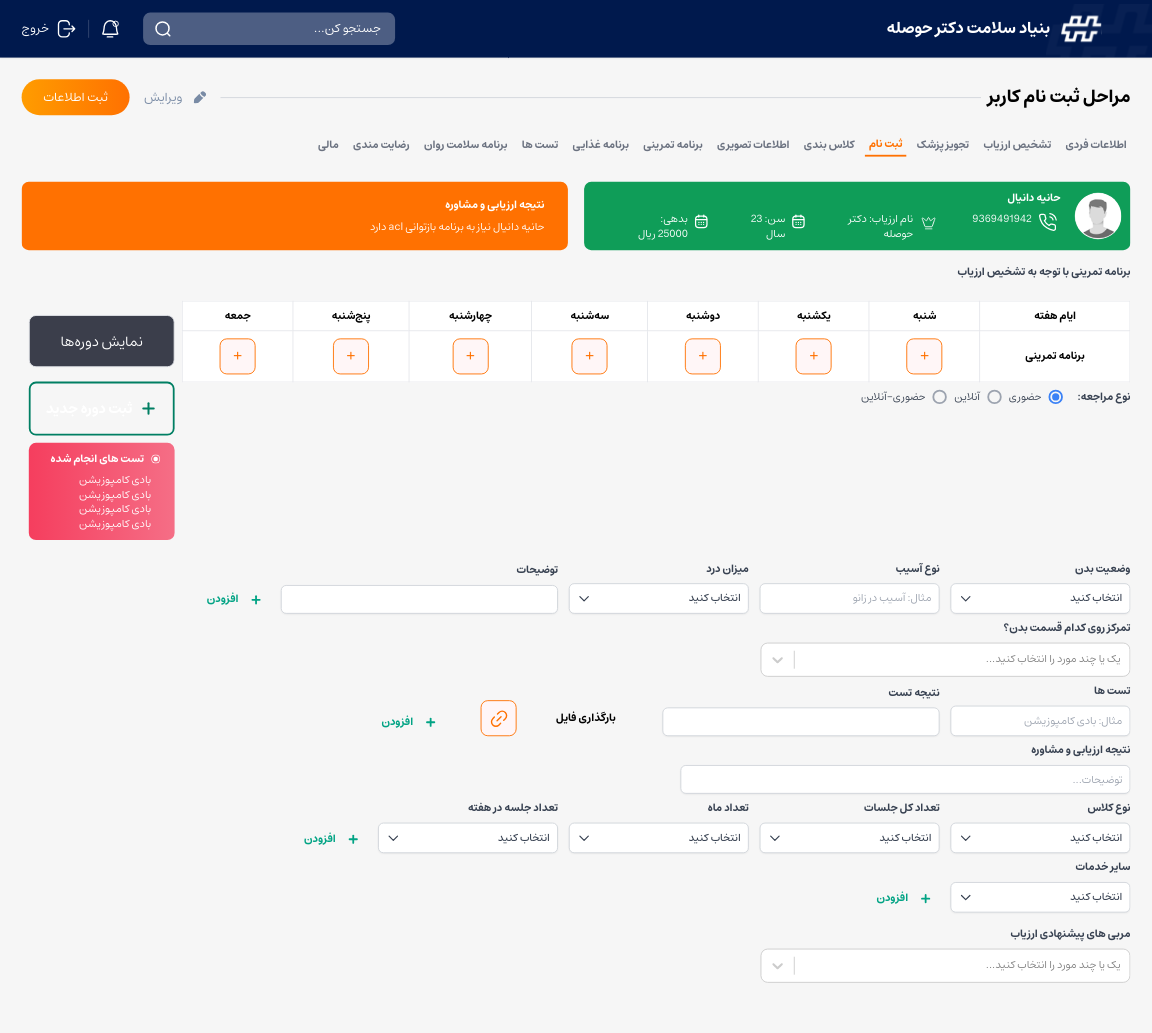
Repository: mirnajafi/ERP_hoseleh_V1.0
Page: /register, after clicking the first element matching `div.flex > :nth-child(4)`
The author's editor kept a copy of each file at every save. The page is drawn from the files as they stood at one save, then again after the next save.
The browser window is 1280 px wide. The pictures show the whole page, at 90% of full size.
Some web fonts or font styles are not loaded; a fallback is used. The project was rebuilt for these pictures with package versions that can differ from the ones it lists, and the page was loaded fresh each time. The framework's server and built-in components were replaced by stand-ins that run in the browser. Also part of the build but not shown: next.config.mjs, src/components/icons/trash.tsx, src/components/weekTable/weekTable.css, src/components/icons/copy.tsx, src/components/recognitionEvaluator/recognitionEvaluator.tsx.

Above is the page before, as saved 2025-02-28 23:44:52.

### src/app/layout.tsx
/* eslint-disable @next/next/no-img-element */
import type { Metadata } from "next";
import Header from "@/components/layout/Header";
import "@/app/globals.css";


export const metadata: Metadata = {
  title: "دکتر حوصله",
  description: "بنیاد سلامت دکتر حوصله",
};

export default function RootLayout({ children }: { children: React.ReactNode }) {
  return (
    <html lang="fa" dir="rtl">
      <body className="bg-dashboard-bg min-h-screen">
        {/* Header includes SidebarToggle, so no need to add Sidebar separately */}
        <Header />
        {/* Main Content Area */}
        <main className="transition-all duration-300 mt-16 p-6">
          {children}
        </main>

      </body>
    </html>
  );
}

### src/app/globals.css
@tailwind base;
@tailwind components;
@tailwind utilities;

@font-face {
  font-family: 'Estedad';
  src: url('/fonts/Estedad-Regular.woff2') format('woff2');
  font-weight: normal;
  font-style: normal;
  font-display: swap;
}

@font-face {
  font-family: 'Estedad';
  src: url('/fonts/Estedad-Bold.woff2') format('woff2');
  font-weight: bold;
  font-style: normal;
  font-display: swap;
}

@font-face {
  font-family: 'Estedad';
  src: url('/fonts/Estedad-Medium.woff2') format('woff2');
  font-weight: 500;
  font-style: normal;
  font-display: swap;
}

@font-face {
  font-family: 'Estedad';
  src: url('/fonts/Light.woff2') format('woff2');
  font-weight: 400;
  font-style: normal;
  font-display: swap;
}

@layer base {
  html {
    font-family: 'Estedad'
  }
}

### src/components/formTab/formTab.tsx
import { useState } from "react";

interface Tab {
  label: string;
  content: React.ReactNode;
}

interface TabsProps {
  tabs: Tab[];
  defaultIndex?: number;
}

const Tabs: React.FC<TabsProps> = ({ tabs, defaultIndex = 0 }) => {
  const [activeIndex, setActiveIndex] = useState(defaultIndex);

  return (
    <div className="w-full overflow-hidden">
      <div className="flex py-3 overflow-x-auto whitespace-nowrap">
        {tabs.map((tab, index) => (
          <button
            key={index}
            className={`ml-2 p-1 text-nowrap text-xs font-bold text-sm focus:outline-none ${activeIndex === index
                ? "border-b-2 border-[#FF7101] text-[#FF7101]"
                : "text-gray-500 hover:text-[#FF7101]"
              }`}
            onClick={() => setActiveIndex(index)}
          >
            {tab.label}
          </button>
        ))}
      </div>

      <div className="py-4">{tabs[activeIndex].content}</div>
    </div>
  );
};

export default Tabs;

### src/components/registration/registration.tsx
import Select from "react-select/base";
import WeekTable from "../weekTable/weekTable";
import TransparentBtn from "../transparentBtn/transparentBtn";
import Dropdown from "../dropdown/dropdown";
import InputDescription from "../inputDescription/inputDescription";
import FileUploader from "../fileUploader/fileUploader";
import Input from "../input/input";
import InformationUserBox from "../informationUserBox/informationUserBox";
import { useState } from "react";
import ResultBox from "../resultBox/resultBox";
import PlusIcon from "../icons/plus";
import LeftSideBox from "../leftSideBox/leftSideBox";
import RadioButton from "../radioBtn/radioBtn";

const Registration = () => {

    const [selectedOptions, setSelectedOptions] = useState([]);


    const handleSelect = (option: string) => {
        console.log("انتخاب شده:", option);
    };
    const handleFileUpload = (files: File[]) => {
        console.log("فایل‌های آپلود شده:", files);
    };

    const [selected, setSelected] = useState<string>("option1");


    const [selectedDay, setSelectedDay] = useState<string>("");

    const handleDaySelect = (day: string) => {
        setSelectedDay(day);
    };

    return (
        <div>
            <div className="w-full flex flex-row">
                <InformationUserBox name="حانیه دانیال" age="23" phoneNumber={'9369491942'} evaluator="دکتر حوصله" debt="25000" imageSrc="/images/defaultUser.png" className="w-1/2 lg:ml-2" />
                <ResultBox resultText={"حانیه دانیال نیاز به برنامه بازتوانی acl دارد"} className="w-1/2 lg:mr-2" />
            </div>



            <div className="flex flex-row  my-4 items-center">
                <label className="mb-2 text-xs font-bold text-gray-700 ml-2">برنامه تمرینی با توجه به تشخیص ارزیاب</label>

            </div>

            <div className="w-full flex flex-row">

                <div className="w-full flex flex-col">
                    <WeekTable
                        apiUrl="https://api.majidvalizadeh.com/jalali/next7"
                        selectedDay={selectedDay}
                        onDaySelect={handleDaySelect}
                    />
                    <div className="flex flex-row">
                        <label className="my-2 text-xs font-bold text-gray-700 ml-4">نوع مراجعه:</label>
                        <RadioButton
                            label="حضوری"
                            name="options"
                            value="option1"
                            checked={selected === "option1"}
                            onChange={setSelected}
                        />
                        <RadioButton
                            label="آنلاین"
                            name="options"
                            value="option2"
                            checked={selected === "option2"}
                            onChange={setSelected}
                        />
                        <RadioButton
                            label="حضوری-آنلاین"
                            name="options"
                            value="option3"
                            checked={selected === "option3"}
                            onChange={setSelected}
                        />
                    </div>
                </div>

                <div className="w-1/6 p-2 flex flex-col">
                    <button className="bg-[#3B3E4B] text-white p-4 w-full border rounded-[8px] my-2">نمایش دوره‌ها</button>
                    <button className="bg-transparent text-[#007F63] text-white p-4 w-full border-2 border-[#007F63] rounded-[8px] flex items-center justify-center font-bold my-2"><PlusIcon width={20} height={20} /> ثبت دوره جدید</button>
                    <LeftSideBox title={"تست های انجام شده"} test1={"بادی کامپوزیشن"} />
                </div>
            </div>

            <div className="w-full xl:py-2 my-0  flex flex-col xl:flex-row xl:justify-start xl:items-end">

                <Dropdown
                    label="وضعیت بدن"
                    options={["ندارد", "دچار آسیب"]}
                    onSelect={handleSelect}
                />
                <Input
                    label="نوع آسیب"
                    type="text"
                    value={''}
                    onChange={() => { }}
                    placeholder="مثال: آسیب در زانو "
                />
                <Dropdown
                    label="میزان درد"
                    options={["1", "2"]}
                    onSelect={handleSelect}
                />
                <InputDescription
                    label="توضیحات"
                    value={''}
                    placeholder=""
                    className="xl:w-1/4 max-w-[500px]"
                />
                <TransparentBtn label='افزودن' />

            </div>
            <div className="flex flex-col  w-ful xl:w-1/3">
                <label className="mb-2 text-xs font-bold text-gray-700">تمرکز روی کدام قسمت بدن؟</label>
                <Select
                    isMulti
                    options={[
                        { value: "apple", label: "سیب" },
                        { value: "banana", label: "موز" },
                        { value: "orange", label: "پرتقال" },
                        { value: "grape", label: "انگور" },
                        { value: "watermelon", label: "هندوانه" },
                    ]}
                    value={selectedOptions}
                    onChange={setSelectedOptions}
                    placeholder="یک یا چند مورد را انتخاب کنید..."
                    noOptionsMessage={() => "موردی یافت نشد"}
                    isClearable
                    isSearchable
                    className="text-xs "
                    styles={{
                        control: (base) => ({
                            ...base,
                            borderRadius: "8px",
                            borderColor: "#ccc",
                            boxShadow: "none",
                            "&:hover": { borderColor: "#888" },
                        }),
                    }}
                />
            </div>
            <div className="flex flex-col xl:flex-row w-full xl:items-end xl:justify-right ">
                <Input
                    label="تست ها"
                    type="text"
                    value={''}
                    onChange={() => { }}
                    placeholder="مثال: بادی کامپوزیشن "
                />
                <InputDescription
                    label="نتیجه تست"
                    value={''}
                    placeholder=""
                    className="xl:w-1/4 max-w-[500px]"
                />

                <FileUploader onFileUpload={handleFileUpload} accept="image/*" multiple />
                <TransparentBtn label='افزودن' />
            </div>
            <div className="flex flex-col xl:flex-row w-full xl:items-end xl:justify-right ">

                <InputDescription
                    label="نتیجه ارزیابی و مشاوره"
                    value={''}
                    placeholder="توضیحات..."
                    className="xl:w-1/2 max-w-[500px]"
                    height="h-24"
                />

            </div>

            <div className="flex flex-col xl:flex-row w-full xl:items-end xl:justify-right ">
                <Dropdown
                    label="نوع کلاس"
                    options={["گزینه 1", "گزینه 2", "گزینه 3"]}
                    onSelect={handleSelect}
                />
                <Dropdown
                    label="تعداد کل جلسات"
                    options={["گزینه 1", "گزینه 2", "گزینه 3"]}
                    onSelect={handleSelect}
                />
                <Dropdown
                    label="تعداد ماه"
                    options={["گزینه 1", "گزینه 2", "گزینه 3"]}
                    onSelect={handleSelect}
                />
                <Dropdown
                    label="تعداد جلسه در هفته"
                    options={["گزینه 1", "گزینه 2", "گزینه 3"]}
                    onSelect={handleSelect}
                />
                <TransparentBtn label='افزودن' />

            </div>
            <div className="flex flex-col xl:flex-row w-full xl:items-end xl:justify-right ">
                <Dropdown
                    label="سایر خدمات"
                    options={["گزینه 1", "گزینه 2", "گزینه 3"]}
                    onSelect={handleSelect}
                />
                <TransparentBtn label='افزودن' />

            </div>
            <div className="flex flex-col  w-ful xl:w-1/3 my-4">
                <label className="mb-2 text-xs font-bold text-gray-700">مربی های پیشنهادی ارزیاب</label>
                <Select
                    isMulti
                    options={[
                        { value: "apple", label: "سیب" },
                        { value: "banana", label: "موز" },
                        { value: "orange", label: "پرتقال" },
                        { value: "grape", label: "انگور" },
                        { value: "watermelon", label: "هندوانه" },
                    ]}
                    value={selectedOptions}
                    onChange={setSelectedOptions}
                    placeholder="یک یا چند مورد را انتخاب کنید..."
                    noOptionsMessage={() => "موردی یافت نشد"}
                    isClearable
                    isSearchable
                    className="text-xs "
                    styles={{
                        control: (base) => ({
                            ...base,
                            borderRadius: "8px",
                            borderColor: "#ccc",
                            boxShadow: "none",
                            "&:hover": { borderColor: "#888" },
                        }),
                    }}
                />
            </div>


        </div>
    )

}
export default Registration;

### src/components/SearchInput/SearchInput.tsx
/* eslint-disable @next/next/no-img-element */
"use client";

interface SearchInputProps {
  placeholder?: string;
  className?: string;
}

export default function SearchInput({ placeholder = "جستجو کن...", className = "" }: SearchInputProps) {
  return (
    <div className="relative w-[280px]">
      <input
        type="text"
        placeholder={placeholder}
        className={`w-full h-9 bg-white bg-opacity-30 rounded-lg px-4 text-white placeholder:text-white text-sm focus:outline-none ${className}`}
      />
      <img
        src="/icons/left-icon.svg"
        alt="search"
        className="absolute left-2 top-1/2 -translate-y-1/2 w-7 h-7 brightness-0 invert"
      />
    </div>
  );
}

### src/components/formHeader/formHeader.css
.customeGradient{
    background: linear-gradient(270deg, #FF7101 0%, #FF9C00 100%);
    color: white;
    border-radius: 50px;
    padding:  10px 24px;
}

### src/components/transparentBtn/transparentBtn.tsx
'use client'; // اضافه کردن این خط برای فعال کردن کامپوننت در Client-side

import React from "react";

interface BtnProps {
    label: string;
}

const TransparentBtn: React.FC<BtnProps> = ({ label }) => {

    return (
        <div className="w-250px text-[#01A384] h-full flex xl:items-center xl:justify-center">
            <button className="flex flex-row p-2  h-full flex items-center justify-center font-bold text-xs
">
                <svg width="15" height="15" viewBox="0 0 14 15" fill="none" xmlns="http://www.w3.org/2000/svg" className="ml-3">
                    <path d="M7 3.41666V11.5833" stroke="#01A384" stroke-width="2" stroke-linecap="round" stroke-linejoin="round" />
                    <path d="M2.91602 7.5H11.0827" stroke="#01A384" stroke-width="2" stroke-linecap="round" stroke-linejoin="round" />
                </svg>
                {label}
            </button>
        </div>
    );
};

export default TransparentBtn;

### src/components/inputDescription/inputDescription.tsx
'use client';  // اضافه کردن این خط برای فعال کردن کامپوننت در Client-side

import React from "react";

interface InputProps {
  label: string;
  value: string;
  placeholder?: string;
  required?: boolean;
  className?: string;
  height?:string;
}

const InputDescription: React.FC<InputProps> = ({
  label,
  value,
  placeholder,
  required = false,
  className = "",
  height
}) => {
  return (
    <div className={`w-full xl:w-1/2 ml-3 max-w-[500px] ${className}`}>
      <label className="block text-xs text-gray-700 mb-2 mt-4 xl:my-2 font-bold font-bold">{label}</label>

      <textarea
        value={value}
        placeholder={placeholder}
        required={required}
        className={`block w-full h-8 ${height} p-2 resize-none max-w-200 overflow-hidden text-xs border border-gray-300 rounded-md shadow-sm focus:outline-none focus:ring-2 focus:ring-indigo-500 focus:border-indigo-500`}
      />
    </div>
  );
};

export default InputDescription;

### src/components/resultBox/resultBox.tsx
'use client';

import React from "react";
import './resultBox.css';


interface ResultBoxProps {
    resultText: string;
    className?: string;
}

const ResultBox: React.FC<ResultBoxProps> = ({
    resultText,
    className
}) => {
    return (
        <div className={`w-full flex flex-col lg:flex-row containResultBox text-xs ${className}`}>
            <div className="flex flex-col mr-4">
                <div className="font-bold">نتیجه ارزیابی و مشاوره</div>
                <div className="flex flex-col justify-center items-start lg:flex-row mt-2">
                    <span className="ml-10 flex flex-row-reverse">{resultText}</span>
                </div>
            </div>
        </div>
    );
};

export default ResultBox;

### src/components/icons/plus.tsx
'use client';

import React from "react";

interface IconProps {
    width?: number;
    height?: number;
    color?: string;
}

const PlusIcon: React.FC<IconProps> = ({ width, height }) => {
    return (
        <svg width={width} height={height} viewBox="0 0 36 36" fill="none" className="ml-2" xmlns="http://www.w3.org/2000/svg">
        <path d="M18 7.5V28.5" stroke="#007F63" stroke-width="4" stroke-linecap="round" stroke-linejoin="round"/>
        <path d="M7.5 18H28.5" stroke="#007F63" stroke-width="4" stroke-linecap="round" stroke-linejoin="round"/>
        </svg>


    );
};

export default PlusIcon;

### src/components/radioBtn/radioBtn.tsx
import React from "react";

interface RadioButtonProps {
  label: string;
  name: string;
  value: string;
  checked: boolean;
  onChange: (value: string) => void;
}

const RadioButton: React.FC<RadioButtonProps> = ({ label, name, value, checked, onChange }) => {
  return (
    <label className="flex items-center space-x-2 cursor-pointer text-xs">
      <input
        type="radio"
        name={name}
        value={value}
        checked={checked}
        onChange={() => onChange(value)}
        className="hidden"
      />
      <div
        className={`w-4 h-4 rounded-full border-2 ${
          checked ? "border-blue-500" : "border-gray-400"
        } flex items-center justify-center transition-all`}
      >
        {checked && <div className="w-2 h-2 bg-blue-500 rounded-full" />}
      </div>
      <span className="text-gray-700">{label}</span>
    </label>
  );
};

export default RadioButton;

### src/components/icons/uploader.tsx
'use client';

import React from "react";

interface IconProps {
    width?: number;
    height?: number;
    color?: string;
}

const UploaderIcon: React.FC<IconProps> = ({ width, height }) => {
    return (<svg width={width} height={height} viewBox="0 0 24 24" fill="none" xmlns="http://www.w3.org/2000/svg">
        <path d="M14.1211 9.87866L9.87845 14.1213" stroke="#FF7101" stroke-width="1.5" stroke-linecap="round" />
        <path d="M10.334 7.00003L12.0006 5.33336C13.8416 3.49239 16.8264 3.49239 18.6673 5.33335V5.33335C20.5083 7.17431 20.5083 10.1591 18.6673 12.0001L17.0007 13.6667" stroke="#FF7101" stroke-width="1.5" stroke-linecap="round" />
        <path d="M13.666 17L11.9994 18.6666C10.1584 20.5076 7.17362 20.5076 5.33266 18.6666V18.6666C3.4917 16.8257 3.4917 13.8409 5.33266 11.9999L6.99934 10.3333" stroke="#FF7101" stroke-width="1.5" stroke-linecap="round" />
    </svg>
    );
};

export default UploaderIcon;

### src/components/informationUserBox/informationUserBox.css
.containInfoBox {
  background: #0f9d58;
  color: white;
  justify-content: right;
  align-items: center;
  padding: 10px;
  border-radius: 8px;
}
.imageUser {
  border-radius: 100%;
}

### src/components/resultBox/resultBox.css
.containResultBox {
  background: #FF7101;
  color: white;
  justify-content: right;
  align-items: center;
  padding: 10px;
  border-radius: 8px;
  margin-right: 10px;
}

### src/components/leftSideBox/leftSideBox.css
.containLeftSideBox {
  background: linear-gradient(270deg, #F56E86 0%, #F53E5E 100%);
  color: white;
  justify-content: right;
  align-items: center;
  padding: 10px;
  border-radius: 8px;
}
.special-margin{
  margin-right: -10px;
}

### src/components/icons/circle.tsx

'use client';

import React from "react";

interface IconProps {
    width?: number;
    height?: number;
    color?: string;
}

const CircleIcon: React.FC<IconProps> = ({ width = 21, height = 22 }) => {
    return (
        <svg width={width} height={height} viewBox="0 0 12 12" className="ml-2" fill="none" xmlns="http://www.w3.org/2000/svg">
            <rect width="12" height="12" rx="6" fill="white" />
            <rect x="2" y="2" width="8" height="8" rx="4" fill="white" />
            <rect x="2" y="2" width="8" height="8" rx="4" stroke="#F56B84" stroke-width="2" />
        </svg>

    );
};

export default CircleIcon;

### tailwind.config.ts
import type { Config } from "tailwindcss";

const config: Config = {
  content: [
    "./src/pages/**/*.{js,ts,jsx,tsx,mdx}",
    "./src/components/**/*.{js,ts,jsx,tsx,mdx}",
    "./src/containers/**/*.{js,ts,jsx,tsx,mdx}",
    "./src/app/**/*.{js,ts,jsx,tsx,mdx}",
  ],
  theme: {
    extend: {
      colors: {
        "deep-blue": "#1E3A8A",
        "green": "#8BC34A",
        "orange": "#F97316",
        "red": "#E02D40",
        "yellow": "#FBBF24",
        background: "var(--background)",
        foreground: "var(--foreground)",
        secondry: {
          blue: {
            900: "#00194D",
          },
        },
        primery: {
          600: "#FF7101"
        },
        dashboard: {
          bg: "#F6F6F6"
        }
      },
    },
  },
  plugins: [],
};
export default config;

Loaded but not shown: src/components/personalInfo/personalInfo.tsx (302 lines, source omitted); src/components/weekTable/weekTable.tsx (87 lines, source omitted); src/components/dropdown/dropdown.tsx (69 lines, source omitted); src/components/icons/evaluator.tsx (26 lines, source omitted); src/components/inputDate/inputDate.tsx (67 lines, source omitted); src/components/informationUserBox/informationUserBox.tsx (61 lines, source omitted); src/components/icons/calendar.tsx (35 lines, source omitted); src/components/icons/phoneNumber.tsx (20 lines, source omitted); src/components/formHeader/formHeader.tsx (32 lines, source omitted); src/components/fileUploader/fileUploader.tsx (54 lines, source omitted); src/components/layout/Header.tsx (44 lines, source omitted); src/app/register/page.tsx (48 lines, source omitted); src/components/leftSideBox/leftSideBox.tsx (35 lines, source omitted); src/components/input/input.tsx (40 lines, source omitted)

After the next save:
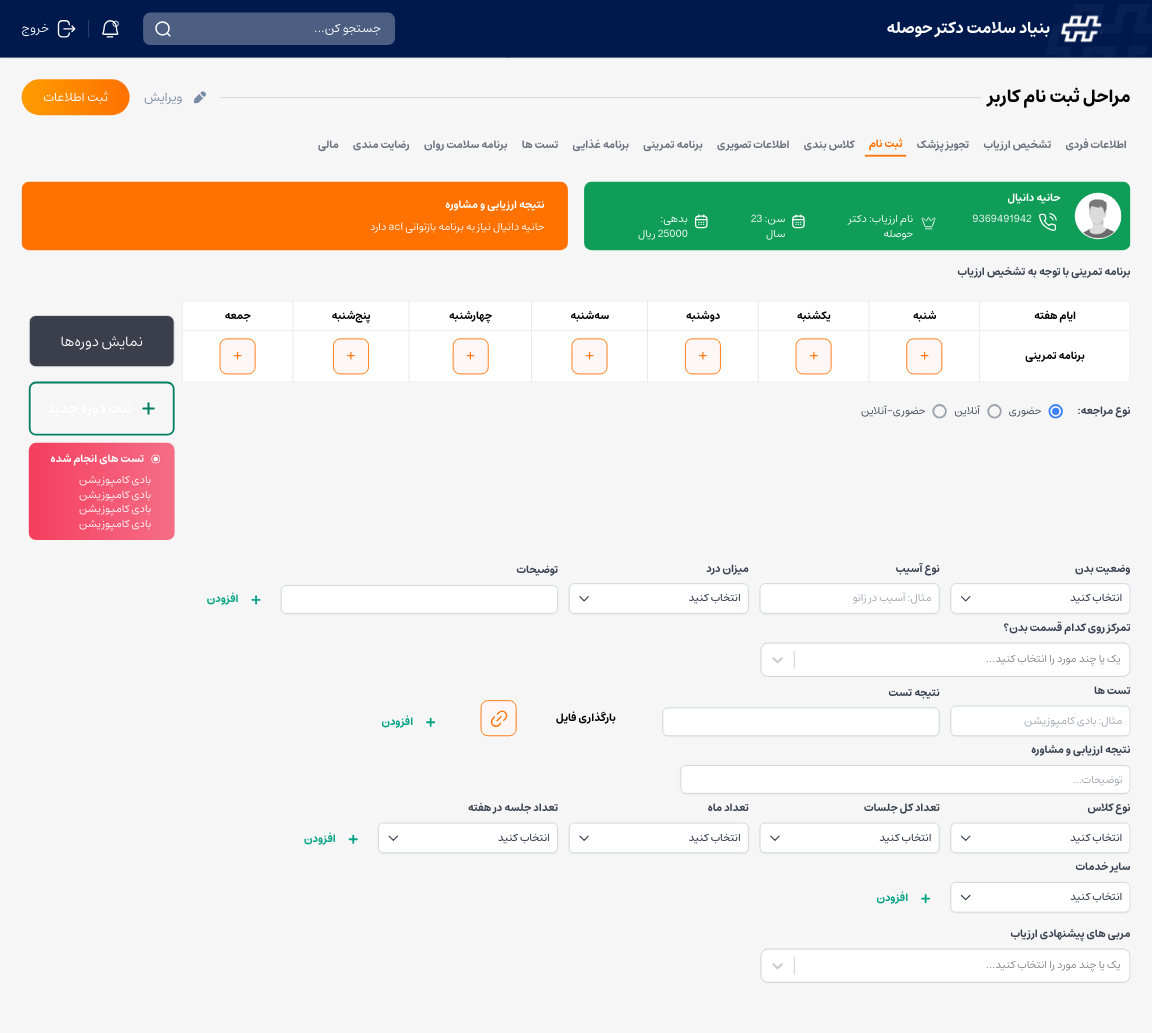
Saved 15 s later.
--- a/src/components/registration/registration.tsx
+++ b/src/components/registration/registration.tsx
@@ -55,7 +55,7 @@ const Registration = () => {
                         selectedDay={selectedDay}
                         onDaySelect={handleDaySelect}
                     />
-                    <div className="flex flex-row">
+                    <div className="flex flex-row my-4">
                         <label className="my-2 text-xs font-bold text-gray-700 ml-4">نوع مراجعه:</label>
                         <RadioButton
                             label="حضوری"
